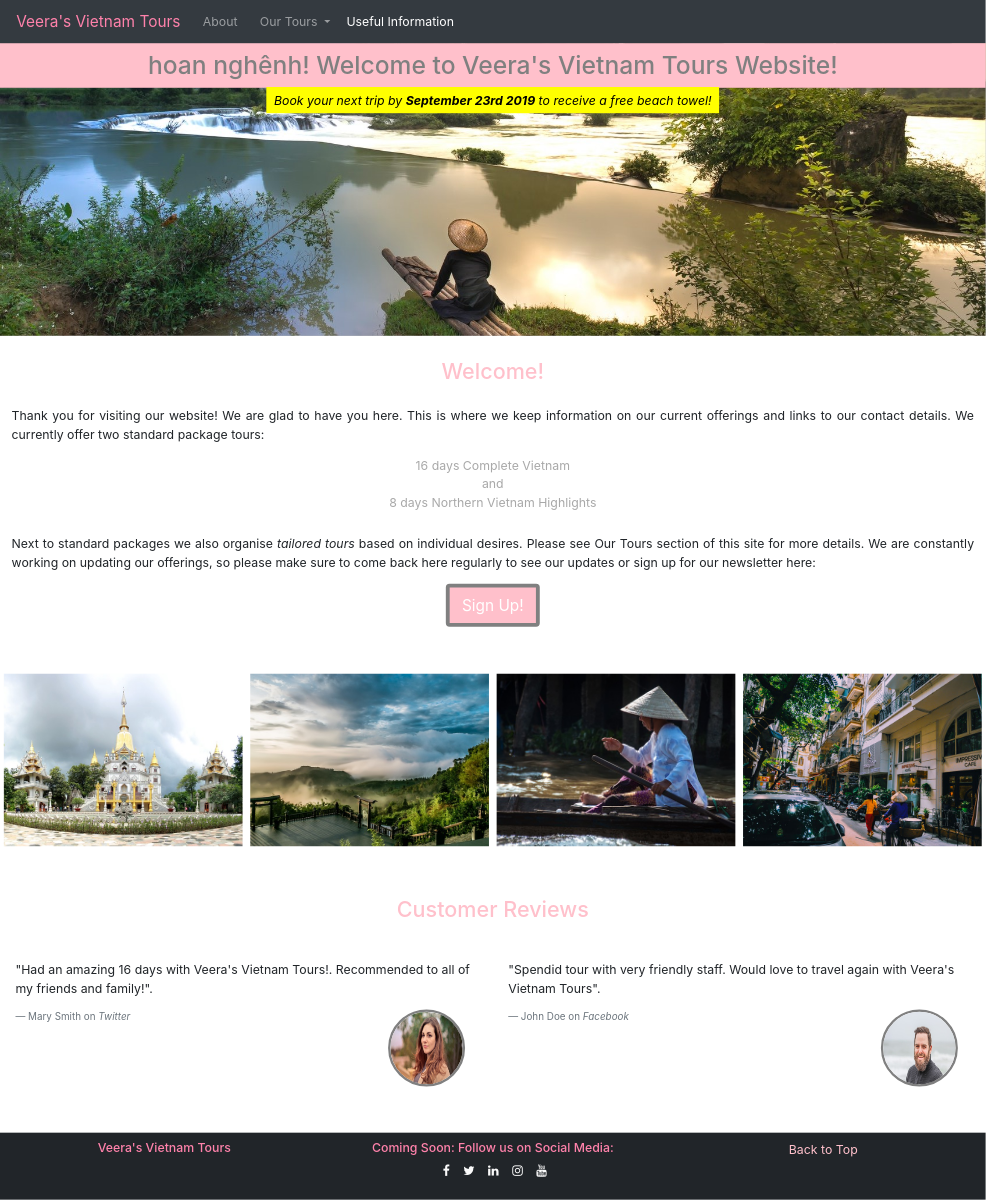
Repository: VAhola/VietnamTour
Page: index.html
The author's editor kept a record of every edit. The page is drawn from the files as they stood at one moment, then again after the next edit.
The browser window is 1280 px wide. The pictures show the whole page, at 77% of full size.

Above is the page before.

After the next edit:
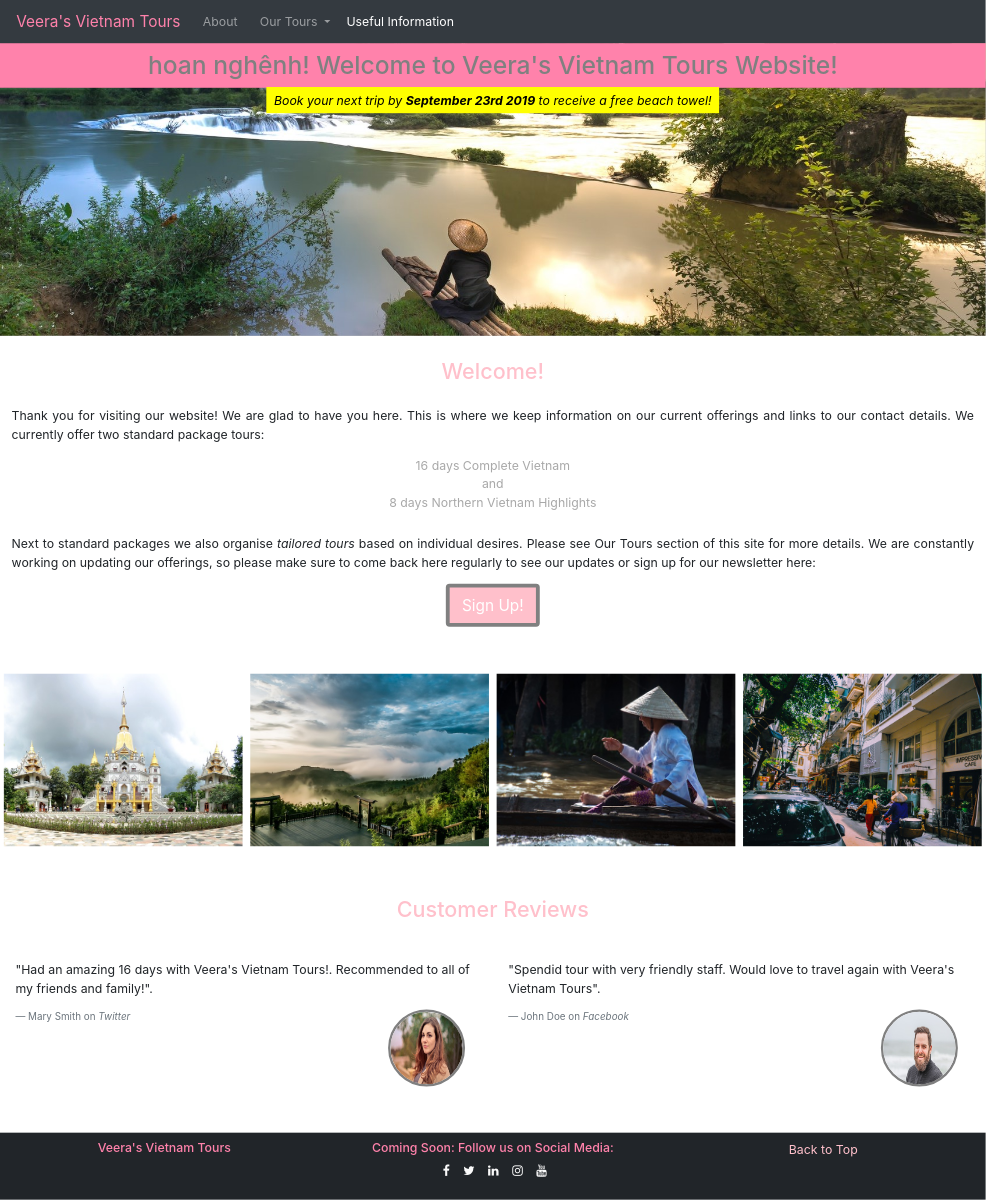
The edit:
--- a/style.css
+++ b/style.css
@@ -55,7 +55,7 @@
 }
 
 .intro {
-    background-color: pink;
+    background-color:#ff82ab;
     padding: 10px 5px;
     color: gray;
 }
